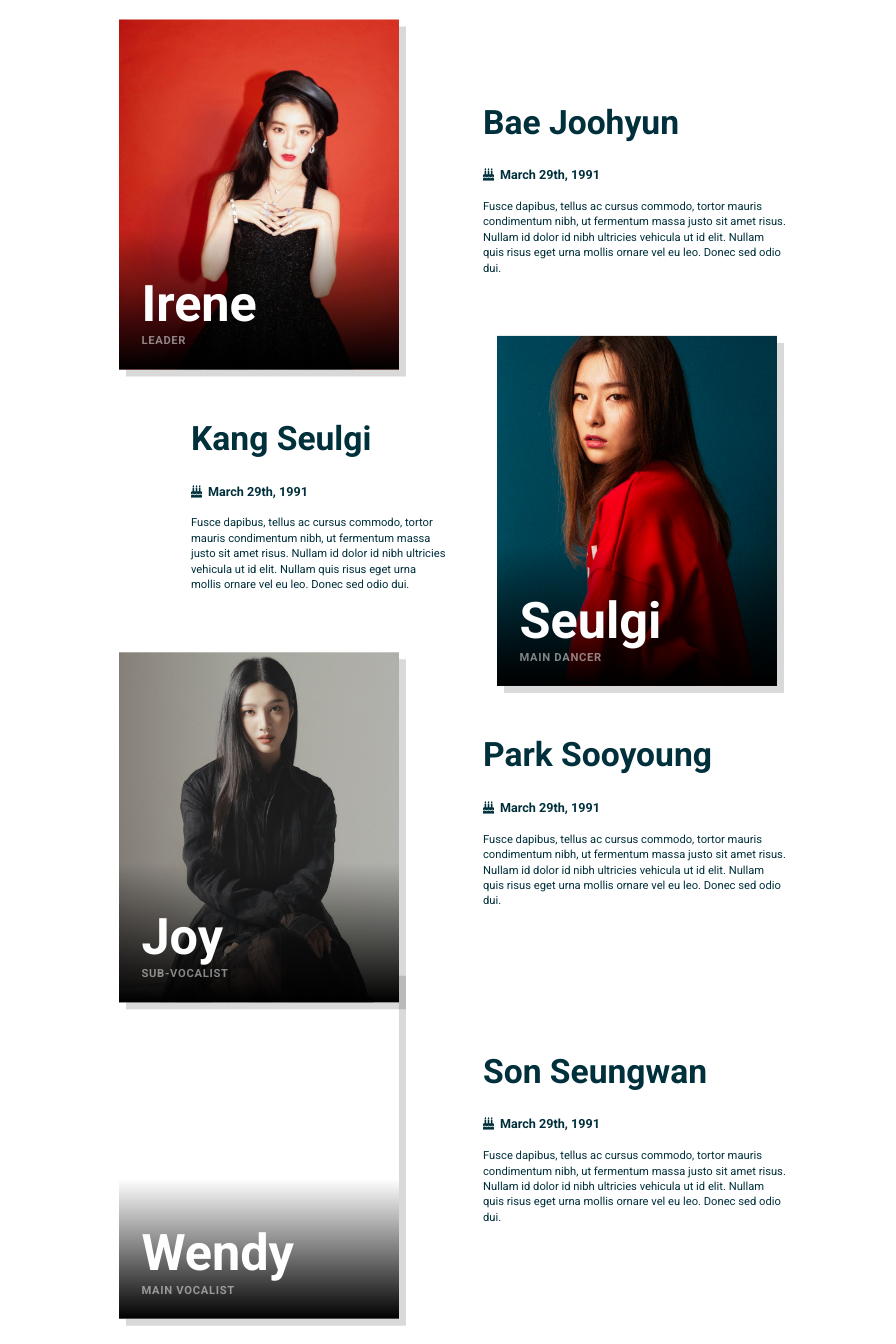
Repository: stillnotdavid/eternity-university
Page: app/index.html
These files come from the project's save history. The page is drawn as it stood at one moment and after the next save; the edit follows.
The browser window is 1280 px wide. The pictures show the part of the page from y = 1147 to 3067 px (the page is 3067 px tall), at 70% of full size.
The style sheet was rebuilt from its Sass, Less or Tailwind sources for each picture, by a compiler version that may differ from the author's.

Above is the page before, as saved 2021-12-05 21:21:34.

### app/index.html
<!doctype html>
<html class="no-js" lang="">

<head>
  <meta charset="utf-8">
  <meta name="description" content="">

  <meta name="viewport" content="width=device-width, initial-scale=1, shrink-to-fit=no">
  <title>Red Velvet Fansite</title>
  <link rel="apple-touch-icon" href="apple-touch-icon.png">
  <link rel="stylesheet" href="https://use.fontawesome.com/releases/v5.15.4/css/all.css"
    integrity="sha384-DyZ88mC6Up2uqS4h/KRgHuoeGwBcD4Ng9SiP4dIRy0EXTlnuz47vAwmeGwVChigm" crossorigin="anonymous">
  <!-- Place favicon.ico in the root directory -->
  <!-- build:css styles/vendor.css -->
  <!-- endbuild -->
  <!-- build:css styles/main.css -->
  <link rel="stylesheet" href="styles/main.css">
  <!-- endbuild -->
  <!-- build:js scripts/modernizr.js -->
  <script src="scripts/modernizr.js"></script>
  <!-- endbuild -->
</head>

<body>
  <!--[if IE]>
      <p class="browserupgrade">You are using an <strong>outdated</strong> browser. Please <a href="http://browsehappy.com/">upgrade your browser</a> to improve your experience.</p>
    <![endif]-->
  <header class="header">
    <div class="container header__container">
      <a class="header__logo" href="#"><img class="header__logo-image" src="images/logo.png"
          alt="Red Velvet Logo" /></a>
      <nav class="header__nav">
        <ul class="header__nav-links">
          <li class="header__nav-item">
            <a class="header__nav-link header__nav-link--active" href="">Home</a>
          </li>
          <li class="header__nav-item">
            <a class="header__nav-link" href="">About</a>
          </li>
          <li class="header__nav-item">
            <a class="header__nav-link" href="">Members</a>
          </li>
          <li class="header__nav-item">
            <a class="header__nav-link" href="">Contact</a>
          </li>
        </ul>
      </nav>
    </div>
  </header>
  <section class="hero">
    <div class="container--half">
      <div class="hero__cta">
        <h1>Do you believe in Irene Supremacy?</h1>
        <p>Cras mattis consectetur purus sit amet fermentum. Praesent commodo cursus magna,
          vel scelerisque nisl
          consectetur et.</p>
        <a class="button-primary" href="">Subscribe Now</a>
      </div>
    </div>
    <div class="hero__image">
    </div>
  </section>
  <section class="trivia">
    <div class="container trivia__container">
      <div class="trivia__title">Did you know?</div>
      <p class="no-margin--bottom">Red Velvet originally debuted as four members. Yeri joined the group in March 2015,
        following the release of
        their first mini album, Ice Cream Cake.</p>
    </div>
  </section>
  <section class="about">
    <div class="container about__container">
      <img class="about__image" src="images/group.png" alt="Red Velvet Sitting!">
      <div class="about__text">
        <h2>About Red Velvet</h2>
        <p class="light">Red Velvet is a South Korean girl group formed and managed by SM Entertainment.</p>
      </div>
    </div>
  </section>
  <section class="members">
    <div class="container members__container">
      <div class="member margin-top--none">
        <div class="member__photo">
          <div class="member__photo-image member__irene">
            <div class="member__name">Irene</div>
            <div class="member__position">Leader</div>
          </div>
        </div>
        <div class="member__info">
          <h3>Bae Joohyun</h3>
          <h4 class="member__info-birthdate">
            <i class="fas fa-birthday-cake margin-right--small"></i> March 29th, 1991
          </h4>
          <p class="member__info-description">Fusce dapibus, tellus ac cursus commodo, tortor mauris condimentum nibh,
            ut fermentum massa justo sit amet
            risus. Nullam id dolor id nibh ultricies vehicula ut id elit. Nullam quis risus eget urna mollis ornare vel
            eu
            leo. Donec sed odio dui.</p>
        </div>
      </div>
      <div class="member member--reverse">
        <div class="member__photo">
          <div class="member__photo-image member__seulgi">
            <div class="member__name">Seulgi</div>
            <div class="member__position">Main Dancer</div>
          </div>
        </div>
        <div class="member__info">
          <h3>Kang Seulgi</h3>
          <h4 class="member__info-birthdate">
            <i class="fas fa-birthday-cake margin-right--small"></i> March 29th, 1991
          </h4>
          <p class="member__info-description">Fusce dapibus, tellus ac cursus commodo, tortor mauris condimentum nibh,
            ut fermentum massa justo sit amet
            risus. Nullam id dolor id nibh ultricies vehicula ut id elit. Nullam quis risus eget urna mollis ornare vel
            eu
            leo. Donec sed odio dui.</p>
        </div>
      </div>
      <div class="member member">
        <div class="member__photo">
          <div class="member__photo-image member__joy">
            <div class="member__name">Joy</div>
            <div class="member__position">Sub-Vocalist</div>
          </div>
        </div>
        <div class="member__info">
          <h3>Park Sooyoung</h3>
          <h4 class="member__info-birthdate">
            <i class="fas fa-birthday-cake margin-right--small"></i> March 29th, 1991
          </h4>
          <p class="member__info-description">Fusce dapibus, tellus ac cursus commodo, tortor mauris condimentum nibh,
            ut fermentum massa justo sit amet
            risus. Nullam id dolor id nibh ultricies vehicula ut id elit. Nullam quis risus eget urna mollis ornare vel
            eu
            leo. Donec sed odio dui.</p>
        </div>
      </div>
      <div class="member member">
        <div class="member__photo">
          <div class="member__photo-image member__wendy">
            <div class="member__name">Wendy</div>
            <div class="member__position"> Main Vocalist</div>
          </div>
        </div>
        <div class="member__info">
          <h3>Son Seungwan</h3>
          <h4 class="member__info-birthdate">
            <i class="fas fa-birthday-cake margin-right--small"></i> March 29th, 1991
          </h4>
          <p class="member__info-description">Fusce dapibus, tellus ac cursus commodo, tortor mauris condimentum nibh,
            ut fermentum massa justo sit amet
            risus. Nullam id dolor id nibh ultricies vehicula ut id elit. Nullam quis risus eget urna mollis ornare vel
            eu
            leo. Donec sed odio dui.</p>
        </div>
      </div>
    </div>
  </section>

  <!-- build:js scripts/vendor.js -->
  <!-- endbuild -->
  <!-- build:js scripts/main.js -->
  <script src="scripts/main.js"></script>
  <!-- endbuild -->
</body>

</html>

### app/styles/main.scss
@import 'partials/colors';
@import 'partials/spacing';
@import 'partials/typography';
@import 'partials/utilities';

@import 'components/button';
@import 'components/header';
@import 'components/hero';
@import 'components/trivia';
@import 'components/about';
@import 'components/members';


* {
  box-sizing: border-box;
}

html,
body {
  padding: 0;
  margin: 0;
}

.container {
  display: flex;
  width: 100%;
  max-width: 1200px;
  margin: 0 auto;
  padding: 0 $spacing-large;

  &--half {
    width: 100%;
    max-width: 600px;
    margin-left: auto;
    padding: 0 $spacing-xlarge;
  }
}

### app/styles/partials/_colors.scss
$color-primary: #B50000;
$color-secondary: #6F2F2F;
$color-tertiary: #00303B;

$background-primary: #F9EDED;


$colors: ("primary": $color-primary,
  "secondary": $color-secondary);


@each $name,
$color in $colors {
  .background {

    &--#{$name} {
      background-color: #{$color};
    }
  }
}

@each $name,
$color in $colors {
  .color {

    &--#{$name} {
      color: #{$color} !important;
    }
  }
}

### app/styles/partials/_spacing.scss
$spacing-xsmall: 2px;
$spacing-small: 4px;
$spacing-medium: 8px;
$spacing-large: 16px;
$spacing-xlarge: 32px;

### app/styles/partials/_typography.scss
@import url('https://fonts.googleapis.com/css2?family=Roboto:wght@400;500;700&display=swap');


body,
html {
  font-family: 'Roboto', sans-serif;
}


$font-small: 14px;
$font-medium: 16px;
$font-large: 18px;
$font-xlarge: 24px;
$font-xxxlarge: 48px;

$font-regular: 400;
$font-bold: 700;


h1 {
  font-size: $font-xxxlarge;
  font-weight: $font-bold;
  color: $color-secondary;
  margin: $spacing-medium 0;
}

h2 {
  font-size: 36px;
  margin: 0;
}

h3 {
  font-size: 48px;
  margin: 0 0 36px 0;
  color: $color-tertiary;
}

h4 {
  font-size: $font-large;
  font-weight: $font-bold;
  color: $color-tertiary;
}

p {
  font-size: $font-medium;
  color: $color-secondary;
  line-height: 22px;

  &.light {
    color: rgba(255, 255, 255, .75);
  }
}

### app/styles/partials/_utilities.scss
$sides: top,
bottom,
left,
right;

@each $side in $sides {
  .no-margin {
    margin: 0;

    &--#{$side} {
      margin-#{$side}: 0;
    }
  }
}

@each $side in $sides {
  .no-padding {
    padding: 0;

    &--#{$side} {
      padding-#{$side}: 0;
    }
  }
}

$spacing: ("none": 0, "small": 4px, "medium": 8px, "large": 16px);

@each $side in $sides {
  .margin {

    &-#{$side} {

      @each $size,
      $value in $spacing {
        &--#{$size} {
          margin-#{$side}: $value !important;
        }
      }
    }
  }
}

### app/styles/components/_button.scss
.button-primary {
  display: inline-block;
  background-color: $color-primary;
  padding: 20px 40px;
  text-decoration: none;
  color: white;
  font-size: $font-medium;
  font-weight: $font-bold;
  text-transform: uppercase;
  letter-spacing: 1px;
  margin: $spacing-large 0;
}

### app/styles/components/_header.scss
$_logo-height: 50px;


.header {

  &__container {
    justify-content: space-between;
  }

  &__logo {
    display: flex;
    align-items: center;

    &-image {
      height: $_logo-height;
    }
  }

  &__nav {

    &-links {
      display: flex;
      list-style-type: none;
      padding: 0;
      margin: 0;
    }

    &-item {
      display: flex;
    }

    &-link {
      padding: 40px $spacing-large;
      text-decoration: none;
      color: $color-secondary;
      text-transform: uppercase;
      font-size: $font-small;
      font-weight: $font-bold;
      letter-spacing: 1px;
      border-top: 3px solid transparent;

      &:hover,
      &--active {
        color: $color-primary;
        border-top: 3px solid $color-primary;
      }
    }
  }
}

### app/styles/components/_hero.scss
$_hero-height: 450px;

.hero {
  height: $_hero-height;
  background: $background-primary;
  display: flex;

  &__container {
    align-items: center;
  }

  &__cta {
    flex: 0 0 50%;
    padding: 50px 100px 50px 0;
  }

  &__image {
    flex: 0 0 50%;
    height: 100%;
    background-image: url('../../images/hero.jpeg');
    background-size: cover;
    background-position: center center;
  }
}

### app/styles/components/_trivia.scss
.trivia {
  text-align: center;
  padding: $spacing-xlarge;

  &__container {
    flex-direction: column;
  }

  &__title {
    font-size: $font-xlarge;
    font-weight: $font-bold;
    color: $color-secondary;
  }
}

### app/styles/components/_about.scss
.about {
  background: $background-primary;
  padding: 40px 0;

  &__container {
    align-items: flex-end;
  }

  &__image {
    height: 380px;
  }

  &__text {
    background: $color-primary;
    color: white;
    padding: 40px;
    margin-left: -60px;
    margin-bottom: 20px;

    p {
      margin-bottom: 0;
    }
  }
}

### app/styles/components/_members.scss
.members {
  &__container {
    flex-direction: column;
  }
}

.member {
  display: flex;
  align-items: center;
  margin-top: -120px;

  &--reverse {
    flex-direction: row-reverse;

    .member__photo-image {
      margin-left: 70px;
    }

    .member__info {
      padding: 100px 0 100px 100px;
      flex-basis: 40%;
    }
  }

  &__photo {
    flex: 0 1 50%;
    display: flex;
    padding: 36px 0;

    &-image {
      height: 500px;
      width: 400px;
      background-size: cover;
      background-position: center center;
      margin-left: auto;
      margin-right: 70px;
      box-shadow: 10px 10px 0 rgba(0, 0, 0, .15);
      display: flex;
      padding: $spacing-xlarge;
      flex-direction: column;
      justify-content: flex-end;
      position: relative;

      &:before {
        background: linear-gradient(to top, black, transparent);
        height: 200px;
        width: 100%;
        position: absolute;
        content: '';
        bottom: 0;
        left: 0;
        z-index: 1;
      }
    }
  }

  &__info {
    flex: 0 1 50%;
    padding: 100px 100px 100px 50px;

    &-description {
      color: $color-tertiary;
    }
  }

  &__name {
    font-size: 72px;
    font-weight: $font-bold;
    color: white;
    z-index: 2;
  }

  &__position {
    font-size: $font-medium;
    font-weight: $font-bold;
    text-transform: uppercase;
    letter-spacing: 1px;
    color: rgba(255, 255, 255, .50);
    z-index: 2;
  }

  &__irene {
    background-image: url('../../images/member__irene.jpeg');
  }

  &__seulgi {
    background-image: url('../../images/member__seulgi.png');
  }

  &__joy {
    background-image: url('../../images/member__joy.jpeg');
  }
}

Loaded but not shown: app/scripts/main.js (common file)

After the next save:
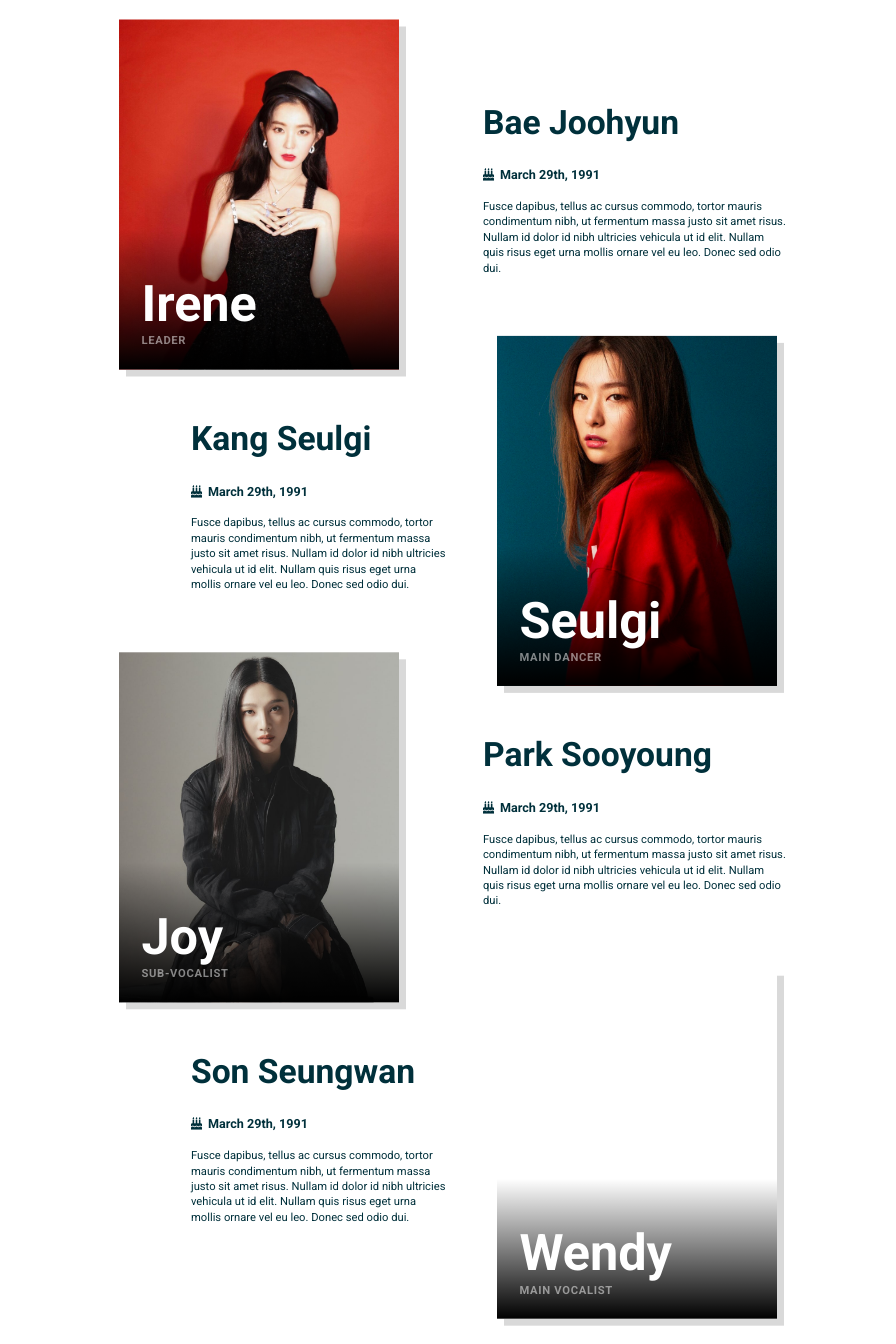
Saved 8 s later.
--- a/app/index.html
+++ b/app/index.html
@@ -136,7 +136,7 @@
             leo. Donec sed odio dui.</p>
         </div>
       </div>
-      <div class="member member">
+      <div class="member member--reverse">
         <div class="member__photo">
           <div class="member__photo-image member__wendy">
             <div class="member__name">Wendy</div>
